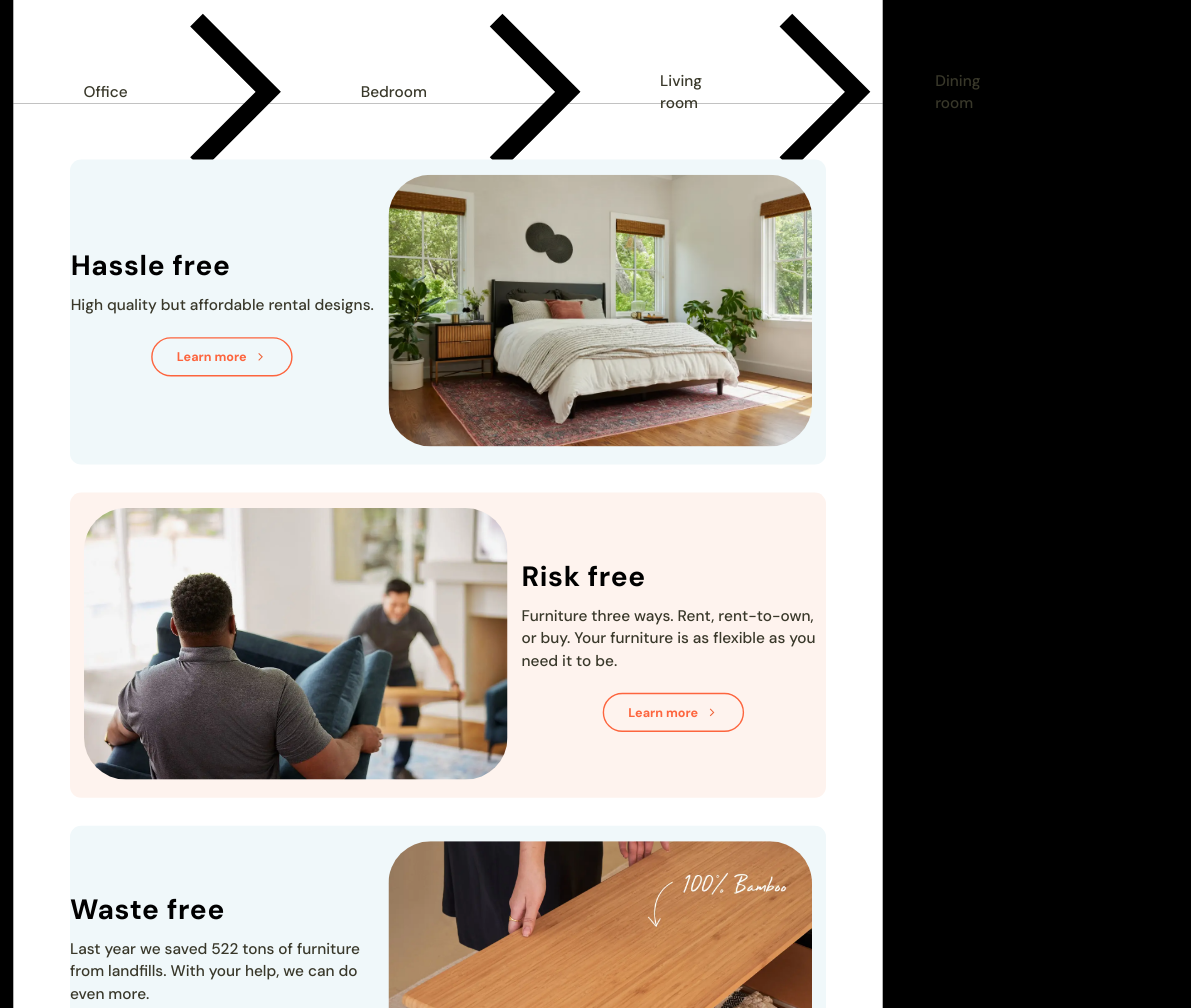
Repository: noman-source/Furniture-website
Page: index.html
These files come from the project's save history. The page is drawn as it stood at one moment and after the next save; the edit follows.
The browser window is 1280 px wide. The page is 1702 px wide, so the pictures cover 1702 px, including what lies to the right of the window. The pictures show the part of the page from y = 1654 to 3094 px (the page is 4311 px tall), at 70% of full size.

Above is the page before, as saved 2025-07-04 13:11:25.

### index.html
<!DOCTYPE html>
<html lang="en">

<head>
    <meta charset="UTF-8">
    <meta name="viewport" content="width=device-width, initial-scale=1.0">
    <title>Document</title>
    <link rel="stylesheet" href="style.css">
</head>

<body>
    <header>
        <div class="navbar">
            <div class="nav-left">
                <ul>
                    <li>Cards</li>
                    <li>About</li>
                    <li>App</li>
                </ul>
            </div>
            <div class="nav-center">
                <ul>
                    <li><img src="asserts/svg/navbar-logo.svg" alt=""></li>
                    <li>Halal_Lab</li>
                </ul>
            </div>
            <div class="nav-right"><button><img src="asserts/svg/search.svg" alt="">Check delivery area</button></div>
        </div>
    </header>
    <main>
        <div class="section1">
            <div class="section1-left">
                <div class="section1-text">
                    <h2>An innovative way to make furniture lighter</h2>
                    <h4>Discover hassle-free delivery, free assembly and the flexibility to rent, rent-to-own or buy.
                    </h4>
                    <div class="section1-butt"><button>
                            <p>Start shopping</p><img src="asserts/svg/arrow.svg" alt="">
                        </button></div>
                </div>
            </div>
            <div class="section1-right">
                <img src="asserts/image/img 1.jpg" alt="">
            </div>
        </div>
        <div class="section2">
            <ul>
                <li><img src="asserts/svg/checkmark-circle-01.svg" alt="">Fast, free delivery & assembly</li>
                <li><img src="asserts/svg/checkmark-circle-01.svg" alt="">Convenient rent or buy options</li>
                <li><img src="asserts/svg/checkmark-circle-01.svg" alt="">Low upfront costs for all rentals</li>
                <li><img src="asserts/svg/checkmark-circle-01.svg" alt="">Flexibility to buy out rental items later</li>
            </ul>
        </div>
        <div class="section3">
            <p>About our product</p>
            <div class="section3-content">
                <div class="box box1">
                    <div class="circle"><img src="asserts/svg/upload-03.svg" alt=""></div>
                    <p>We provide a high quality rental at an affordable price</p>
                </div>
                <div class="box box2">
                    <div class="circle"><img src="asserts/svg/drawing-mode.svg" alt=""></div>
                    <p>Feather has made furniture rentals
                        cool again.</p>
                </div>
                <div class="box box3">
                    <div class="circle"><img src="asserts/svg/cabinet-01.svg" alt=""></div>
                    <p>Ease the pain of moving from
                        apartment to apartment.</p>
                </div>

            </div>
        </div>
        <div class="section4">
            <p>Browse by room</p>
            <div class="section4-content">
                <div class="box box1"><img src="asserts/image/img 2.png" alt="">
                    <p>Office <img src="asserts/svg/Vector.svg" alt=""></p>
                </div>
                <div class="box box2"><img src="asserts/image/img 3.png" alt="">
                    <p>Bedroom <img src="asserts/svg/Vector.svg" alt=""></p>
                </div>
                <div class="box box3"><img src="asserts/image/img 4.png" alt="">
                    <p>Living room <img src="asserts/svg/Vector.svg" alt=""></p>
                </div>
                <div class="box box4"><img src="asserts/image/img 5.png" alt="">
                    <p>Dining room <img src="asserts/svg/Vector.svg" alt=""></p>
                </div>
            </div>
        </div>
        <div class="section5">
            <div class="section5-top">
                <div class="left">
                    <div class="text">
                        <h3>Hassle free</h3>
                        <p>High quality but affordable rental designs.</p>
                    </div>
                    <div class="button"><button>Learn more <img src="asserts/svg/arrow-down-01.svg" alt=""></button>
                    </div>
                </div>
                <div class="right"><img src="asserts/image/img 6.png" alt=""></div>
            </div>
            <div class="section5-middle">
                <div class="right"><img src="asserts/image/img 7.png" alt=""></div>
                <div class="left">
                    <div class="text">
                        <h3>Risk free</h3>
                        <p>Furniture three ways. Rent, rent-to-own, or buy. Your furniture is as flexible as you need it
                            to be.</p>
                    </div>
                    <div class="button"><button>Learn more <img src="asserts/svg/arrow-down-01.svg" alt=""></button>
                    </div>
                </div>
            </div>
            <div class="section5-end">
                <div class="left">
                    <div class="text">
                        <h3>Waste free</h3>
                        <p>Last year we saved 522 tons of furniture from landfills. With your help, we can do even more.
                        </p>
                    </div>
                    <div class="button"><button>Learn more <img src="asserts/svg/arrow-down-01.svg" alt=""></button>
                    </div>
                </div>
                <div class="right"><img src="asserts/image/img 8.png" alt=""></div>
            </div>
        </div>
        <div class="section6">
            <div class="section6-content">
                <h3>Shop what’s new</h3>
                <div class="boxes">
                    <div class="box">
                        <div class="box-top"><img src="asserts/image/img 9.png" alt=""></div>
                        <div class="box-bottom">
                            <h4>Valencia Modular </h4>
                            <p>$2,999</p>
                        </div>
                    </div>
                    <div class="box">
                        <div class="box-top"><img src="asserts/image/img 10.png" alt=""></div>
                        <div class="box-bottom">
                            <h4>The Floyd sofa</h4>
                            <p>$1200</p>
                        </div>
                    </div>
                    <div class="box">
                        <div class="box-top"><img src="asserts/image/img 11.png" alt=""></div>
                        <div class="box-bottom">
                            <h4>Playa Outdoor</h4>
                            <p>$1999</p>
                        </div>
                    </div>
                    <div class="box">
                        <div class="box-top"><img src="asserts/image/img 12.png" alt=""></div>
                        <div class="box-bottom">
                            <h4>Remi standing</h4>
                            <p>$2,999</p>
                        </div>
                    </div>
                </div>
            </div>
        </div>
    </main>

    <footer>
        <div class="boxes">
            <div class="box box1">
                <div class="box1-top">
                    <p>Be in the know<br>
                        Get the latest products, promotions, and design tips in your inbox. Sign up and get 25% off your
                        first month.</p>
                </div>
                <div class="box1-bottom"><input type="email"placeholder="Email"><button>Submit</button></div>
            </div>
            <div class="box box2"><ul>
                <li>Shop</li>
                <li>The Goods</li>
                <li>Feather for Business</li>
                <li>Get design help</li>
            </ul></div>
            <div class="box box3"><ul>
                <li>Help</li>
                <li>hello@livefeather.com</li>
                <li>FAQs</li>
            </ul></div>
            <div class="box box4"><ul>
                <li>Follow us</li>
                <li><img src="asserts/svg/Instagram.svg" alt=""><img src="asserts/svg/Twitter.svg" alt=""><img src="asserts/svg/pinterest.svg" alt=""><img src="asserts/svg/Facebook.svg" alt=""><img src="asserts/svg/linkdin.svg" alt=""></li>
            </ul></div>
        </div>
    </footer>

</body>

</html>

### style.css
@import url('https://fonts.googleapis.com/css2?family=DM+Sans:ital,opsz,wght@0,9..40,100..1000;1,9..40,100..1000&display=swap');
@import url('https://fonts.googleapis.com/css2?family=DM+Sans:ital,opsz,wght@0,9..40,100..1000;1,9..40,100..1000&display=swap');
@import url('https://fonts.googleapis.com/css2?family=DM+Sans:ital,opsz,wght@0,9..40,100..1000;1,9..40,100..1000&display=swap');

body {
    font-family: "DM Sans", sans-serif;
    background-color: black;
}

.website {
    background-color: white;
}

* {
    margin: 0;
    padding: 0;
}

header .navbar {
    width: 97%;
    margin: auto;
    height: 72px;
    display: flex;
    justify-content: space-around;
    align-items: center;
    background-color: rgb(246, 244, 244);
    gap: 13%;
    border-bottom: 1px solid #E4E4E4;
}

header .navbar .nav-left {
    font-size: 16px;
    font-weight: 500;
    line-height: 24px;
    letter-spacing: -1%;
}

header .navbar .nav-left ul {
    display: flex;
    justify-content: center;
    align-items: center;
    gap: 50px;
}

header .navbar .nav-left ul li {
    list-style-type: none;
}

header .navbar .nav-center ul {
    display: flex;
    justify-content: center;
    align-items: center;
    gap: 10px;
    font-family: "Ramabhadra", sans-serif;
}

header .navbar .nav-center ul li {
    list-style-type: none;
    font-size: 18px;
    font-weight: 400;
    display: flex;
    justify-content: center;
    align-items: center;
}

header .navbar .nav-right button {
    width: 130%;
    height: 40px;
    background-color: #FD653E;
    border-radius: 32px;
    border: none;
    transform: translateX(-50px);
    display: flex;
    justify-content: center;
    align-items: center;
    gap: 15px;
    font-size: 16px;
    font-weight: 700;
    color: white;
}

main .section1 {
    width: 97%;
    margin: auto;
    height: 588px;
    background-color: #FFF3EF;
    display: flex;
    justify-content: space-around;
    align-items: center;
}

main .section1 .section1-right {
    width: 50%;
    display: flex;
    justify-content: center;
    align-items: center;
}

main .section1 .section1-left {
    width: 50%;
}

main .section1 .section1-left .section1-text {
    width: 70%;
    margin: auto;
    height: 250px;
    display: flex;
    flex-direction: column;
    gap: 20px;
}

main .section1 .section1-left .section1-text h2 {
    font-size: 48px;
    font-weight: 700;
}

main .section1 .section1-left .section1-text p {
    font-size: 18px;
    font-weight: 400;
    color: #39382A;
}

main .section1 .section1-left .section1-text button {
    width: 235px;
    height: 56px;
    display: flex;
    justify-content: center;
    align-items: center;
    gap: 10px;
    border-radius: 32px;
    border: transparent;
    background-color: #ED653B;
}

main .section1 .section1-left .section1-text button p {
    color: white;
    font-size: 20px;
    font-weight: 700;
    font-family: "DM Sans", sans-serif;
}

main .section1 .section1-right img {
    width: 645px;
    border-radius: 12px;
}

.section2 {
    height: 74px;
    width: 97%;
    margin: auto;
    background-color: #ECF4E9;
}

.section2 ul {
    height: 74px;
    display: flex;
    justify-content: space-between;
    align-items: center;
}

.section2 ul li {
    font-family: "DM Sans", sans-serif;
    list-style-type: none;
    display: flex;
    justify-content: center;
    align-items: center;
    gap: 5px;
    font-size: 18px;
    font-weight: 400;
}

.section3 {
    width: 97%;
    margin: auto;
    height: 516px;
    background-color: white;
}

.section3>p {
    font-size: 40px;
    font-weight: 700;
    height: 170px;
    display: flex;
    color: #39302A;
    justify-content: center;
    align-items: center;
}

.section3-content {
    display: flex;
    justify-content: center;
    align-items: center;
    gap: 32px;
}

.section3-content .box {
    width: 392px;
    border-radius: 12px;
    height: 244px;
    display: flex;
    align-items: center;
    justify-content: center;
    flex-direction: column;
    gap: 50px;
    box-shadow: 12px 16px 50px 0px #9A9A9A1F;
}

.section3-content .box .circle {
    width: 50px;
    height: 50px;
    transform: translateY(30px);
    gap: 10px;
    border-radius: 99px;
    /* Corrected to 99px based on later image */
    padding: 16px;
    /* Corrected to 16px based on later image */
    background-color: #E3E3E373;
    /* Corrected to #E3E3E3 based on later image */
}

.section3-content .box p {
    width: 373px;
    margin: auto;
    display: flex;
    font-family: DM Sans;
    font-weight: 500;
    font-size: 22px;
    line-height: 32px;
    text-align: center;
    /* letter-spacing: 0%; */
    /* vertical-align: middle; */
}

.section4 {
    width: 97%;
    margin: auto;
    height: 551px;
    background-color: white;
}

.section4>p {
    font-weight: 700;
    font-size: 40px;
    line-height: 56px;
    letter-spacing: -0.96px;
    padding-top: 50px;
    padding-left: 100px;
    /* Added based on later image */
}

.section4 .section4-content {
    height: 287px;
    display: flex;
    justify-content: flex-start;
    padding-left: 100px;
    padding-top: 50px;
    gap: 32px;
}

.section4 .section4-content .box {
    height: 287px;
    display: flex;
    flex-direction: column;
    gap: 20px;
}

.section4 .section4-content .box img {
    height: 239px;
    width: 285px;
    border-radius: 12px;
}

.section4 .section4-content .box p {
    font-family: DM Sans;
    font-weight: 500;
    font-size: 22px;
    line-height: 32px;
    display: flex;
    gap: 16px;
    /* Corrected to 16px based on later image */
    justify-content: flex-start;
    align-items: center;
    /* Added based on later image */
    color: #39382A;
    /* Added based on later image */
}

.section5 {
    height: 1548px;
    background-color: white;
    width: 97%;
    margin: auto;
    display: flex;
    justify-content: center;
    align-items: center;
    flex-direction: column;
    gap: 40px;
}

.section5>.section5-top,
.section5-middle,
.section5-end {
    height: 436px;
    width: 87%;
    border-radius: 16px;
    /* border: 2px solid #E4E4E4; */
    /* margin: auto; */
}

.section5 .section5-top {
    background-color: #F0F8Fa;
    display: flex;
    justify-content: space-around;
    align-items: center;
}

.section5 .section5-middle {
    background-color: #FEF3EE;
    display: flex;
    justify-content: space-around;
    align-items: center;
}

.section5 .section5-end {
    background-color: #F0F8FA;
    display: flex;
    justify-content: space-around;
    align-items: center;
}

.section5 .right img {
    width: 605px;
    height: 388px;
    border-radius: 60px;
}

.section5 .left {
    width: 50%;
    display: flex;
    flex-direction: column;
    justify-content: center;
    align-items: center;
    gap: 30px;
}

.section5 .left .text {
    display: flex;
    flex-direction: column;
    gap: 16px;
}

.section5 .left .button {
    display: flex;
    justify-content: flex-start;
}

.section5 .left .text button {
    width: 400px;
}

.section5 .right {
    padding: 20px;
}

.section5 h3 {
    font-weight: 700;
    font-size: 40px;
    line-height: 50px;
    letter-spacing: 0.96px;
}

.section5 p {
    font-family: DM Sans;
    font-weight: 500;
    font-size: 22px;
    line-height: 32px;
    letter-spacing: 0%;
    /* Added based on later image */
    vertical-align: middle;
    /* Added based on later image */
    color: #39382A;
    /* Added based on later image */
}

.section5 .left button {
    width: 202px;
    height: 56px;
    gap: 10px;
    border-width: 1px;
    padding-top: 16px;
    padding-right: 32px;
    padding-bottom: 16px;
    padding-left: 32px;
    border-radius: 32px;
    background-color: transparent;
    border: 2px solid #FD653E;
    color: #FD653E;
    display: flex;
    justify-content: center;
    align-items: center;
    font-family: DM Sans;
    font-weight: 700;
    font-size: 18px;
}

.section6 {
    background-color: white;
    height: 730px;
    width: 97%;
    margin: auto;
}

.section6 img {
    width: 286px;
    height: 203px;
    border-radius: 12px;
}

.section6 .section6-content {
    height: 548px;
    background-color: #FFFCF8;
    width: 90.7%;
    margin: auto;
    padding-left: 180px;
    padding-top: 80px;
    display: flex;
    flex-direction: column;
    gap: 20px;
}

.section6-content .boxes {
    display: flex;
    gap: 32px;
}

.section6-content .boxes .box {
    display: flex;
    flex-direction: column;
    gap: 19px;
}

.section6 h2 {
    font-family: Circular Std;
    font-weight: 700;
}

.section6 h3 {
    /* font-family: Circular Std; */
    font-weight: 700;
    font-size: 40px;
    line-height: 50px;
    letter-spacing: 0px;
    vertical-align: middle;
    color: #39382A;
}

.section6-content .box-bottom {
    display: flex;
    flex-direction: column;
    gap: 4px;
}

.section6-content .box-bottom h4 {
    font-family: DM Sans;
    font-weight: 500;
    font-size: 18px;
    line-height: 26px;
    letter-spacing: 0%;
    vertical-align: middle;
    color: #39382A;
}

.section6-content .box-bottom p {
    font-family: DM Sans;
    font-weight: 500;
    font-size: 10px;
    line-height: 14px;
    letter-spacing: 0%;
    vertical-align: middle;
    color: #ED653B;
}

footer {
    border-top: 1px solid #DC0805;
    width: 97%;
    background-color: white;
    height: 230px;
    margin: auto;
    display: flex;
    justify-content: center;
    align-items: center;
    /* transform: translateY(130px); */
}

footer .boxes {
    display: grid;
    grid-template-columns: 403px 180px 180px 170px;
    width: 85%;
    margin: auto;
    /* background-color: #39382A; */
    height: 144px;
    justify-content: space-between;
}

footer .boxes .box1 {
    display: flex;
    flex-direction: column;
    gap: 20px;
}

footer .boxes .box1-top {
    font-family: DM Sans;
    font-weight: 700;
    font-size: 34px;
}

footer .boxes .box1 .box1-top {
    font-weight: 400;
    font-size: 14.13px;
    line-height: 24px;
    letter-spacing: 0%;
    vertical-align: middle;
}

footer .boxes .box1 .box1-bottom {
    display: flex;
    gap: 16px;
    justify-content: center;
    align-items: center;
}

footer .boxes .box1 .box1-bottom input {
    width: 245px;
    height: 48px;
    border: 1px solid #EDEDED;
    border-radius: 32px;
    outline: none;
}

footer .boxes .box1 .box1-bottom input::placeholder {
    transform: translateX(20px);
    font-family: DM Sans;
    font-weight: 500;
    font-size: 16px;
    line-height: 24px;
    letter-spacing: 1%;
    vertical-align: middle;
    color: #BABABA;
}

footer .boxes .box1 .box1-bottom button {
    width: 140px;
    height: 48px;
    border-width: 1px;
    border-radius: 48px;
    border: 1px solid #ED653B;
    background-color: transparent;
    font-family: DM Sans;
    font-weight: 500;
    font-size: 16px;
    line-height: 24px;
    letter-spacing: 1%;
    vertical-align: middle;
    color: #ED653B;
}

footer .boxes ul li:first-child {
    font-weight: 500;
    font-size: 16px;
    letter-spacing: 0.16px;
    color: #2A2A2D;
}

footer .boxes ul {
    display: flex;
    flex-direction: column;
    gap: 16px;
}

footer .boxes ul li {
    list-style-type: none;
    font-family: DM Sans;
    font-weight: 400;
    /* Added based on latest image */
    font-size: 16px;
    /* Added based on latest image */
    color: #39382A;
    /* Added based on latest image */
}

footer .boxes .box4 li:last-of-type {
    display: flex;
    justify-content: space-between;
    align-items: center;
}

After the next save:
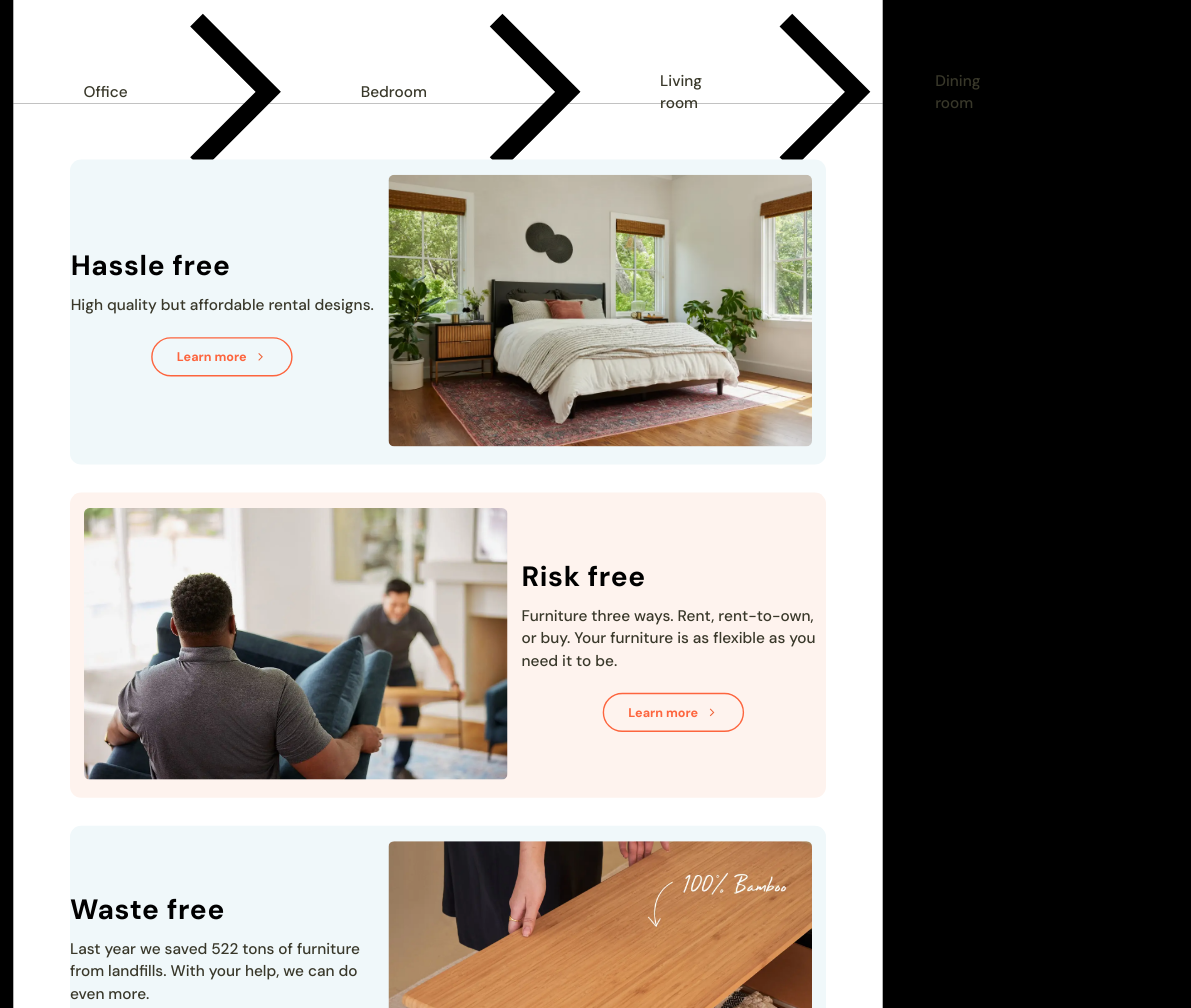
Saved 10 s later.
--- a/style.css
+++ b/style.css
@@ -331,7 +331,7 @@
 .section5 .right img {
     width: 605px;
     height: 388px;
-    border-radius: 60px;
+    border-radius: 8px;
 }
 
 .section5 .left {
